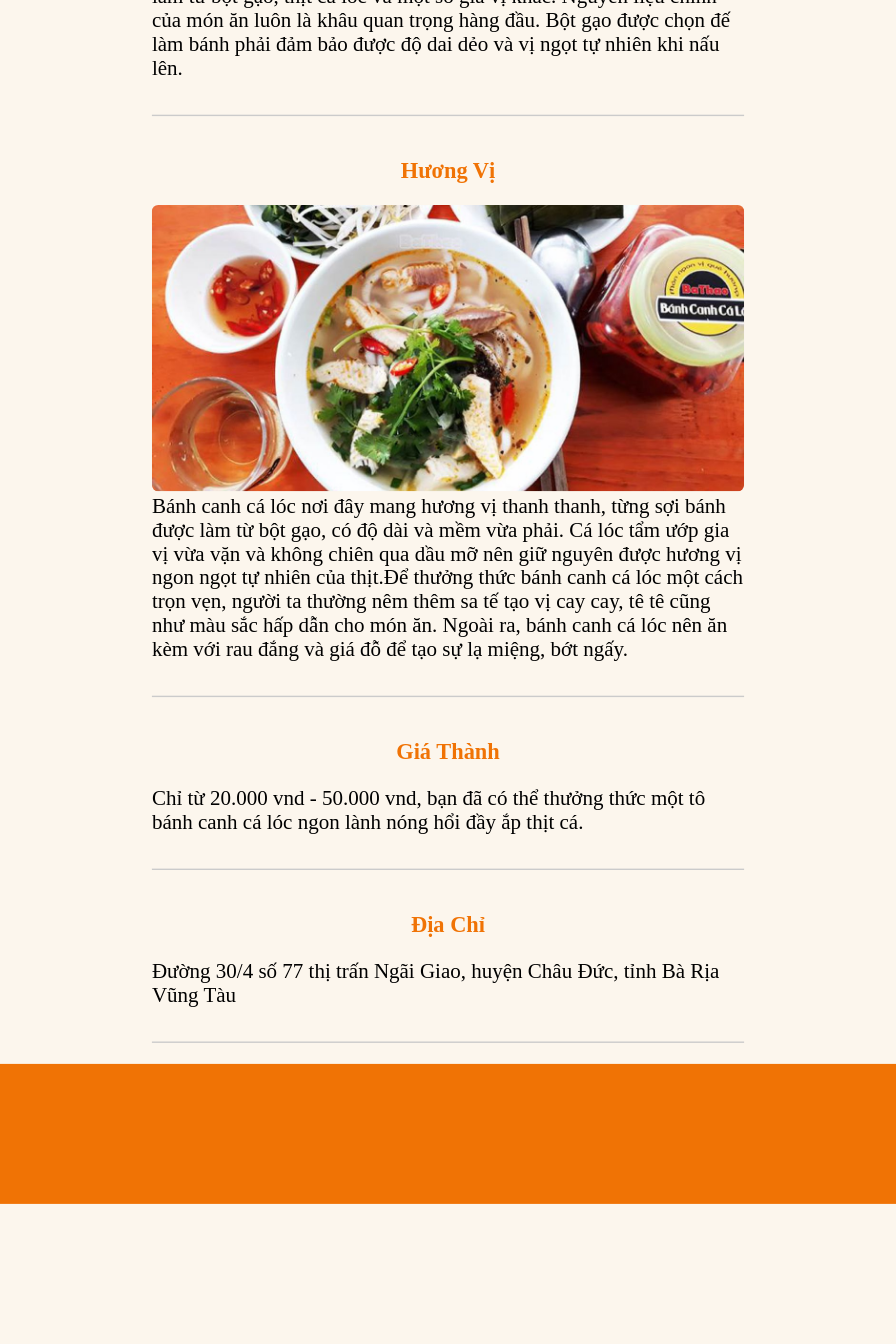
Repository: LeCongTuan2608/AmThuc
Page: public/index.html
The author's editor kept a copy of each file at every save. The page is drawn from the files as they stood at one save, then again after the next save.
The browser window is 1280 px wide. The pictures show the part of the page from y = 1147 to 3067 px (the page is 3067 px tall before and 3026 px after), at 70% of full size.
Some web fonts or font styles are not loaded; a fallback is used. The style sheet was rebuilt from its Sass, Less or Tailwind sources for each picture, by a compiler version that may differ from the author's.

Above is the page before, as saved 2022-04-15 12:27:17.

After the next save:
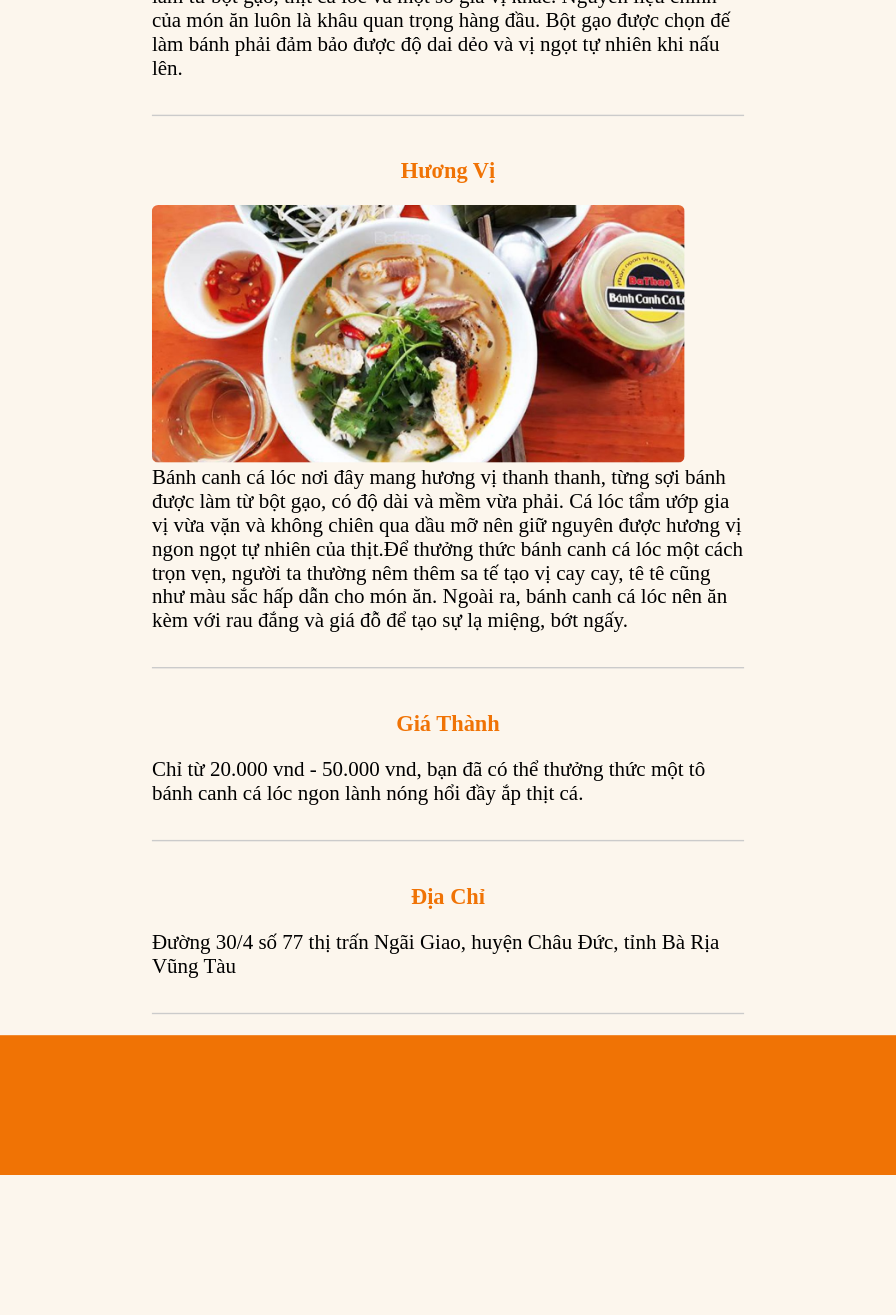
Saved 17 s later.
--- a/sass/index.scss
+++ b/sass/index.scss
@@ -73,8 +73,8 @@
     font-family: $words_font;
 }
 .posts img{
-    width: 100%;
-    height: 100%;
+    width: 90%;
+    height: 90%;
     background-size: cover;
     border-radius: 9px;
 }

After the save that followed:
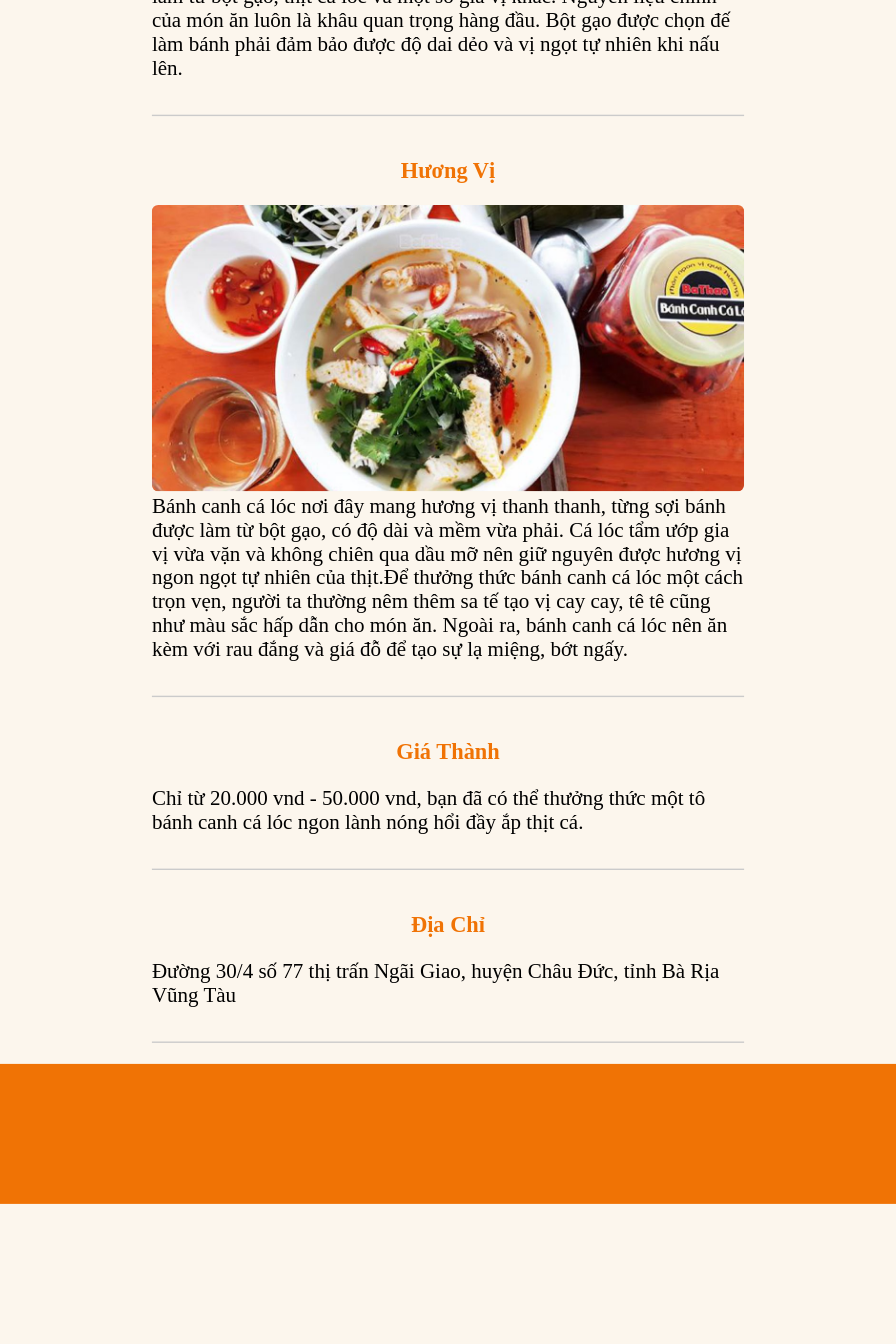
Saved 4 s later.
--- a/sass/index.scss
+++ b/sass/index.scss
@@ -73,7 +73,7 @@
     font-family: $words_font;
 }
 .posts img{
-    width: 90%;
+    width: 100%;
     height: 90%;
     background-size: cover;
     border-radius: 9px;
